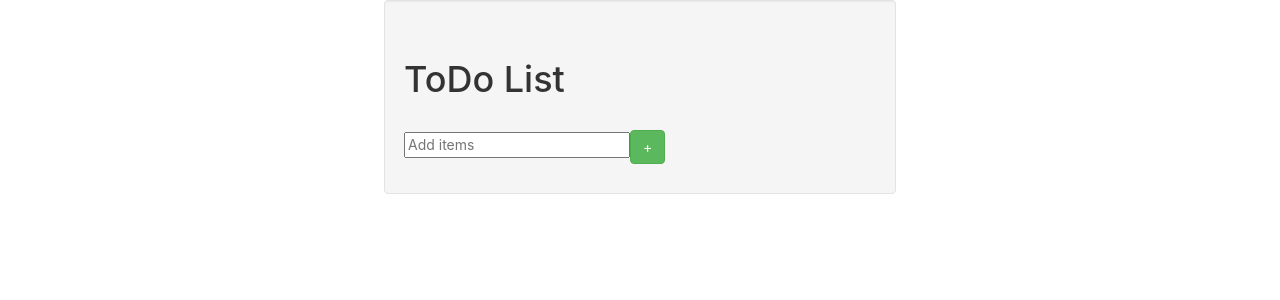
Repository: arpana23/Todo-list
Page: /
An editor plug-in stored every save of this project. The page is shown before and after the next save, followed by the edit.
The browser window is 1280 px wide. The pictures show the whole page.
Some web libraries are served in a nearby version. The project was rebuilt for these pictures with package versions that can differ from the ones it lists, and the page was loaded fresh each time. Also part of the build but not shown: src/Todolist.js.

Above is the page before, as saved 2021-04-14 17:48:18.

### public/index.html
<!DOCTYPE html>
<html lang="en">
  <head>
    <meta charset="utf-8" />
    <link rel="icon" href="%PUBLIC_URL%/favicon.ico" />
    <meta name="viewport" content="width=device-width, initial-scale=1" />
    <meta name="theme-color" content="#000000" />
    <meta
      name="description"
      content="Web site created using create-react-app"
    />
    <link rel="apple-touch-icon" href="%PUBLIC_URL%/logo192.png" />
    <!--
      manifest.json provides metadata used when your web app is installed on a
      user's mobile device or desktop. See https://developers.google.com/web/fundamentals/web-app-manifest/
    -->
    <script src="https://kit.fontawesome.com/94ade1d1ca.js" crossorigin="anonymous"></script>
    <link rel="manifest" href="%PUBLIC_URL%/manifest.json" />
    <!-- Latest compiled and minified CSS -->
    <link rel="stylesheet" href="https://maxcdn.bootstrapcdn.com/bootstrap/3.4.1/css/bootstrap.min.css">

    <!-- jQuery library -->
    <script src="https://ajax.googleapis.com/ajax/libs/jquery/3.5.1/jquery.min.js"></script>

    <!-- Latest compiled JavaScript -->
    <script src="https://maxcdn.bootstrapcdn.com/bootstrap/3.4.1/js/bootstrap.min.js"></script>
    <!--
      Notice the use of %PUBLIC_URL% in the tags above.
      It will be replaced with the URL of the `public` folder during the build.
      Only files inside the `public` folder can be referenced from the HTML.

      Unlike "/favicon.ico" or "favicon.ico", "%PUBLIC_URL%/favicon.ico" will
      work correctly both with client-side routing and a non-root public URL.
      Learn how to configure a non-root public URL by running `npm run build`.
    -->
    <title>React App</title>
  </head>
  <body>
    <noscript>You need to enable JavaScript to run this app.</noscript>
    <div id="root"></div>
    <!--
      This HTML file is a template.
      If you open it directly in the browser, you will see an empty page.

      You can add webfonts, meta tags, or analytics to this file.
      The build step will place the bundled scripts into the <body> tag.

      To begin the development, run `npm start` or `yarn start`.
      To create a production bundle, use `npm run build` or `yarn build`.
    -->
  </body>
</html>

### src/App.js
import React, { useState } from 'react';
import Todolist from './Todolist';
import './App.css';

const App = () => {


  const [inputItem , setInputItem] = useState("");
  const [itemList , setItemList] = useState([]);

  const handleChange = (e) => {
    setInputItem(e.target.value);
  }

  const addItems = (e) => {
    e.preventDefault();
    setItemList((olditems) => {
      return [...olditems, inputItem];
    });
    setInputItem("");
  }

  const updateItem = (id) => {
    let item =  itemList.map((olditems,index,data) => {
      if(index === id) {
        setInputItem(data.splice(index,1));
        olditems = !olditems;
      }
      return [olditems];
      }
    )
    return item;
  }

  const deleteItem = (id) => {
    setItemList((olditems) => {
      return olditems.filter((arrElement,index) => {
        return index !== id;
        // if(index !== id) {
        //   return [...arrElement];
        // }
      })
    })
  }


 return (
  <>
    <div className="main-container">
      <div className="flex-container">
        <div className="well">
          <br />
            <h1 className="title">ToDo List</h1>
          <br />
          <div>
            <input type="text" placeholder="Add items" value={inputItem} onChange={handleChange}/>
            <button type="submit" className={`btn text-center ${setInputItem !== '' ? 'btn-success' : 'btn-success text-blur'}`}   onClick={addItems}> + </button>
            <ul>
              {
                itemList.map((data,index) => {
                  return <Todolist
                  key= {index}
                  id= {index}
                  list= {data}
                  onEdit= {updateItem}
                  onSelect= {deleteItem}
                  />
                })
              }
            </ul>
          </div>
        </div>
      </div>
    </div>

  </>
 )
}

export default App;

### src/App.css
.App {
  text-align: center;
}

.main-container {
  display: flex;
  flex-direction: column;
  /* align-items: center; */
  justify-content: center;
}

.flex-container {
  display: flex;
  flex-direction: row;
  justify-content: center;
  align-items: center;

}

.well {
  /* background-color: black; */
  width: 40%;
}

Loaded but not shown: src/index.js (common file); src/index.css (common file); src/reportWebVitals.js (common file)

After the next save:
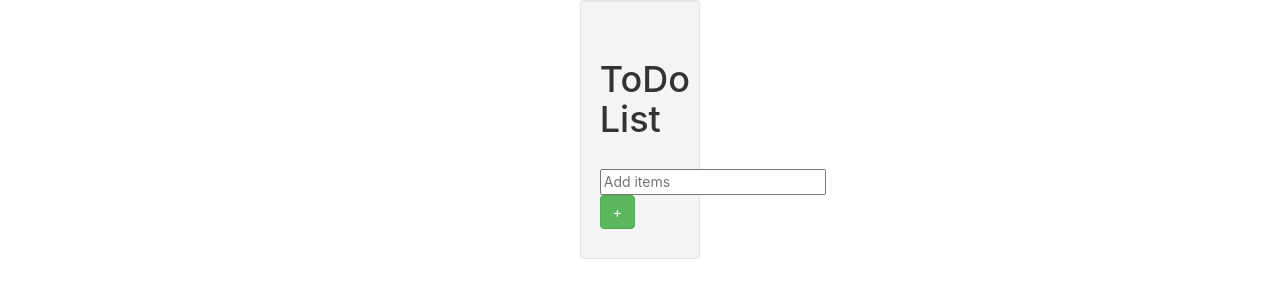
Saved 15 s later.
--- a/src/App.css
+++ b/src/App.css
@@ -5,7 +5,7 @@
 .main-container {
   display: flex;
   flex-direction: column;
-  /* align-items: center; */
+  align-items: center;
   justify-content: center;
 }
 

After the save that followed:
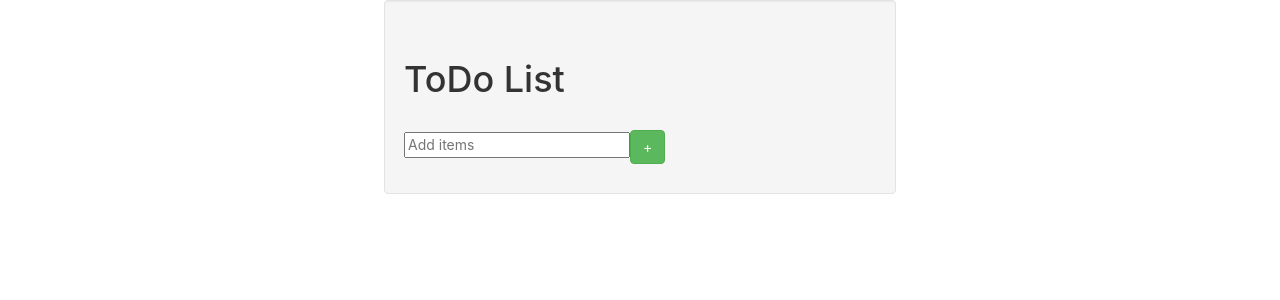
Saved 10 s later.
--- a/src/App.css
+++ b/src/App.css
@@ -5,7 +5,6 @@
 .main-container {
   display: flex;
   flex-direction: column;
-  align-items: center;
   justify-content: center;
 }
 
